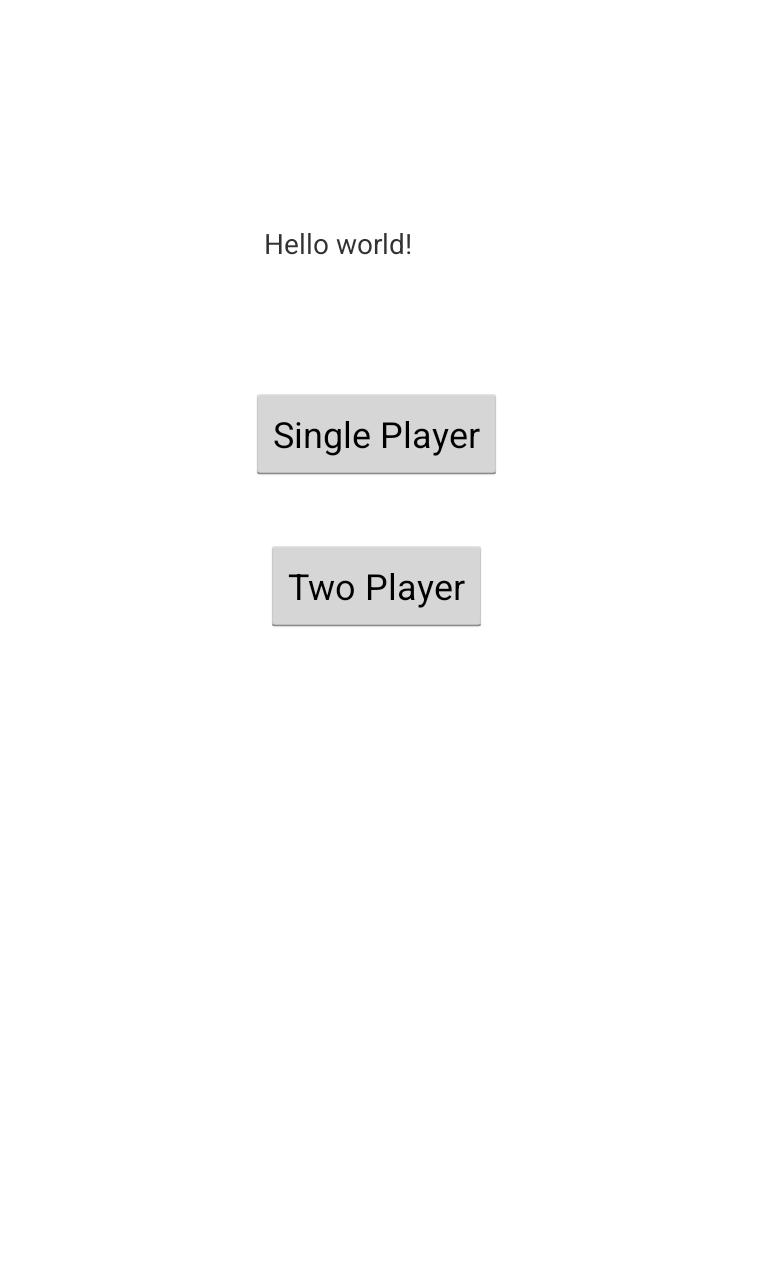
Repository: stekeller/sw14_free_10
Layout: Northcottz/res/layout/activity_home_screen.xml
An editor plug-in stored every save of this project. The layout is shown before and after the next save, followed by the edit.
It is drawn on a 768 x 1280 px phone screen (xhdpi) without system bars, with theme AppTheme; the app's code is not run.

Above is the layout before, as saved 2014-03-25 10:16:59.

After the next save:
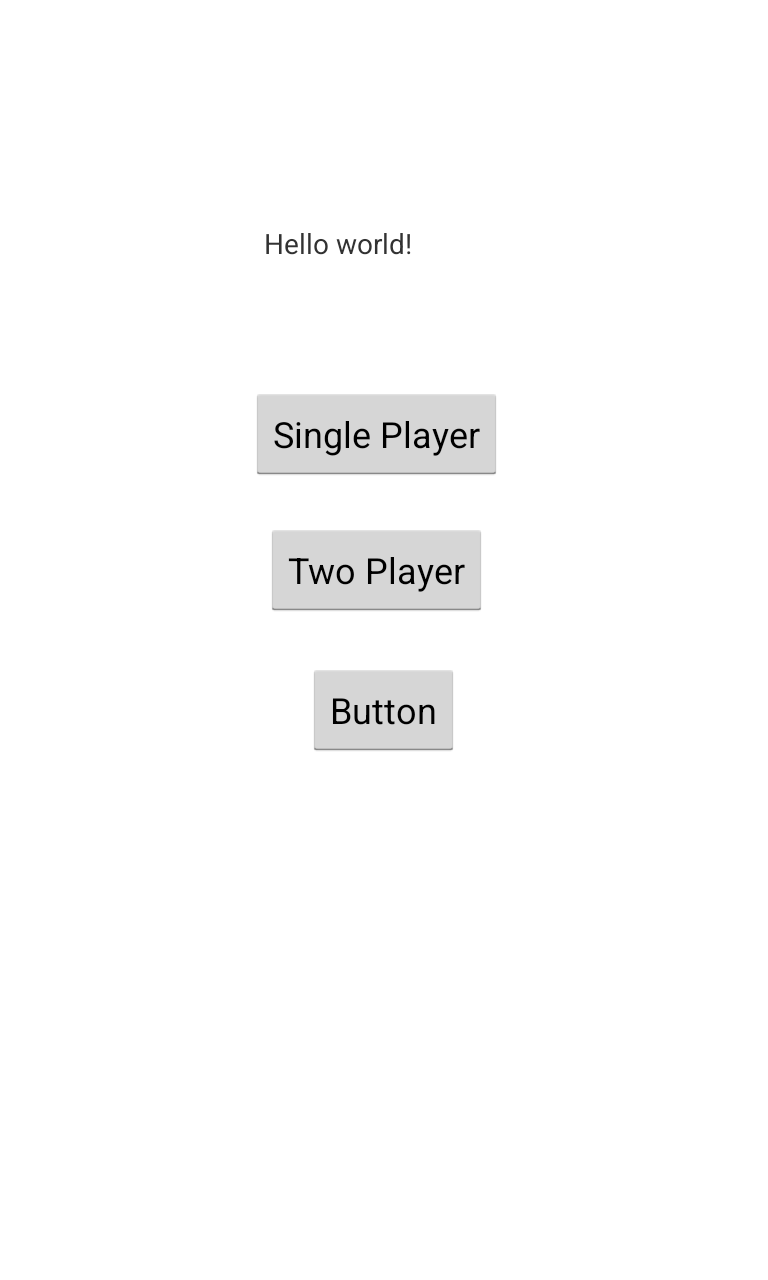
Saved 48 s later.
--- a/Northcottz/res/layout/activity_home_screen.xml
+++ b/Northcottz/res/layout/activity_home_screen.xml
@@ -32,7 +32,16 @@
         android:layout_height="wrap_content"
         android:layout_alignLeft="@+id/textView1"
         android:layout_below="@+id/button1"
-        android:layout_marginTop="28dp"
+        android:layout_marginTop="20dp"
         android:text="Two Player" />
 
+    <Button
+        android:id="@+id/button3"
+        android:layout_width="wrap_content"
+        android:layout_height="wrap_content"
+        android:layout_below="@+id/button2"
+        android:layout_centerHorizontal="true"
+        android:layout_marginTop="22dp"
+        android:text="Button" />
+
 </RelativeLayout>
